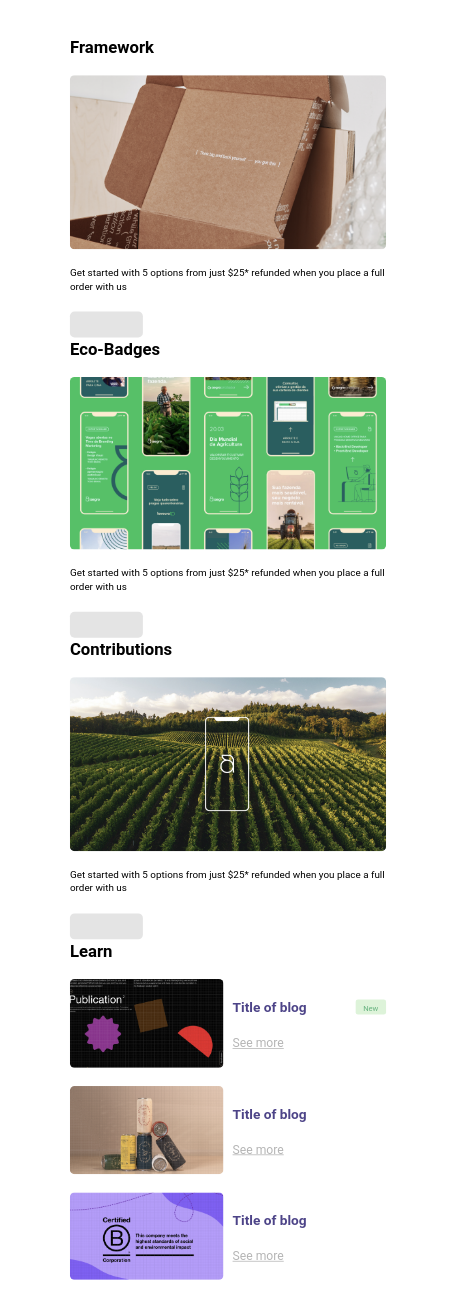
Repository: NguyenMinhKhanhB1909929/Practice_HTML-01
Page: index.html
The author's editor kept a copy of each file at every save. The page is drawn from the files as they stood at one save, then again after the next save.
The browser window is 600 px wide. The pictures show the whole page, at 76% of full size.
Some web libraries are served in a nearby version.

Above is the page before, as saved 2022-04-07 20:40:26.

### index.html
<!DOCTYPE html>
<html lang="en">
  <head>
    <meta charset="UTF-8" />
    <meta http-equiv="X-UA-Compatible" content="IE=edge" />
    <meta name="viewport" content="width=device-width, initial-scale=1.0" />
    <title>Practice 1</title>
    <link rel="stylesheet" href="./asset/style/style.css" />
    <link
      rel="stylesheet"
      href="https://cdnjs.cloudflare.com/ajax/libs/font-awesome/6.1.1/css/all.min.css"
    />
  </head>
  <body>
    <div class="main">
      <div class="header">
        <div class="header__about">
          <div class="header__about-text">
            <a href="" class="active">Online store</a>
          </div>
          <div class="header__about-text">
            <a href="">Quotes</a>
          </div>
          <div class="header__about-text">
            <img
              src="https://emojipedia-us.s3.dualstack.us-west-1.amazonaws.com/thumbs/120/google/313/waving-hand_1f44b.png"
              alt=""
              class="header__about-text__img"
            />
            <p class="m-0">
              <a href="">Contact us</a>
            </p>
          </div>
        </div>
        <div class="header__nation">
          <div class="header__nation-wrap">
            <div class="header__nation-flag">
              <img
                src="./asset/img/Australia.svg.webp"
                alt="abc"
                class="header__nation-flag-img"
              />
            </div>
            <div class="header__nation-name">
              <p class="m-0">Australia</p>
            </div>
            <div class="header__nation-icon">
              <i class="fa-solid fa-chevron-down"></i>
            </div>
          </div>
        </div>
      </div>
      <nav class="nav">
        <div class="nav__category">
          <div class="nav__logo">
            <a href="" class="nav__logo-link">inke.</a>
          </div>

          <div class="nav__category-opt">
            <p class="nav__category-opt-name">Shop</p>
            <div class="nav__category-opt-icon">
              <i class="fa-solid fa-chevron-down"></i>
            </div>
          </div>

          <div class="nav__category-opt">
            <p class="nav__category-opt-name">Resources</p>
            <div class="nav__category-opt-icon">
              <i class="fa-solid fa-chevron-down"></i>
            </div>
          </div>
          <div class="nav__category-opt active-btn">
            <p class="nav__category-opt-name">Sustainability</p>
            <div class="nav__category-opt-icon">
              <i class="fa-solid fa-chevron-down"></i>
            </div>
          </div>
        </div>
        <div class="nav__wrap">
          <div class="nav__icon-wrap">
            <div class="nav__icon">
              <img
                src="./asset/img/seven-pointed-star-vector-icon-seven-pointed-star-icon-vector-seven-pointed-star-icon-seven-pointed-star-vector-icon-96183751.jpg"
                alt=""
                class="nav__icon-img"
              />
            </div>
            <div class="nav__icon">
              <img
                src="./asset/img/heart-icon-free-vector.jpg"
                alt=""
                class="nav__icon-img"
              />
            </div>
            <div class="nav__icon active-icon">
              <img
                src="./asset/img/cart-icon-20.jpg"
                alt=""
                class="nav__icon-img"
              />
            </div>
          </div>
          <div class="nav__dash-wrap">
            <div class="nav__das-group">
              <p class="m-0 nav__das-text">Dashboard</p>
              <div class="nav__dash-icon">
                <i class="fa-solid fa-chevron-down"></i>
              </div>
            </div>
            <div class="nav__dash-user">
              <img
                src="./asset/img/images.png"
                alt=""
                class="nav__dash-user-img"
              />
            </div>
          </div>
        </div>
      </nav>
      <div class="container">
        <div class="row">
          <div class="col">
            <div class="container__heading">
              <p class="m-0 container__heading-name">Framework</p>
            </div>
            <div class="container__content">
              <img
                src="./asset/img/image 1.PNG"
                alt=""
                class="container__content-img"
              />
              <p class="container__content-desc">
                Get started with 5 options from just $25* refunded when you
                place a full order with us
              </p>
            </div>
            <button class="btn"></button>
          </div>
          <div class="col">
            <div class="container__heading">
              <p class="m-0 container__heading-name">Eco-Badges</p>
            </div>
            <div class="container__content">
              <img
                src="./asset/img/image2.PNG"
                alt=""
                class="container__content-img"
              />
              <p class="container__content-desc">
                Get started with 5 options from just $25* refunded when you
                place a full order with us
              </p>
            </div>
            <button class="btn"></button>
          </div>
          <div class="col">
            <div class="container__heading">
              <p class="m-0 container__heading-name">Contributions</p>
            </div>
            <div class="container__content">
              <img
                src="./asset/img/image3.PNG"
                alt=""
                class="container__content-img"
              />
              <p class="container__content-desc">
                Get started with 5 options from just $25* refunded when you
                place a full order with us
              </p>
            </div>
            <button class="btn"></button>
          </div>
          <div class="col">
            <div class="container__heading">
              <p class="m-0 container__heading-name">Learn</p>
            </div>
            <div class="container__content">
              <div class="container__content-group">
                <div class="container__content-group-img">
                  <img
                    src="./asset/img/image4.PNG"
                    alt=""
                    class="content-img"
                  />
                </div>
                <div class="container__content-group-title-more">
                  <div class="container__content-title-group">
                    <p class="container__content-title">Title of blog</p>
                    <a class="container__content-title-btn">New</a>
                  </div>
                  <a href="" class="container__content-more">See more</a>
                </div>
              </div>
              <div class="container__content-group">
                <div class="container__content-group-img">
                  <img
                    src="./asset/img/image6.PNG"
                    alt=""
                    class="content-img"
                  />
                </div>
                <div class="container__content-group-title-more">
                  <p class="container__content-title">Title of blog</p>
                  <a href="" class="container__content-more">See more</a>
                </div>
              </div>
              <div class="container__content-group">
                <div class="container__content-group-img">
                  <img
                    src="./asset/img/image7.PNG"
                    alt=""
                    class="content-img"
                  />
                </div>
                <div class="container__content-group-title-more">
                  <p class="container__content-title">Title of blog</p>
                  <a href="" class="container__content-more">See more</a>
                </div>
              </div>
            </div>
          </div>
        </div>
      </div>
    </div>
  </body>
</html>

### asset/style/style.css
* {
  box-sizing: border-box;
  margin: 0;
  font-family: "Roboto", sans-serif;
}
.m-0 {
  margin: 0;
}
.cur {
  cursor: pointer;
}
.main {
  width: 100%;
}
.header {
  padding: 0 30px;
  display: flex;
  font-size: 18px;
  justify-content: space-between;
  border-bottom: 1px solid #ccc;
}
.header__about {
  display: flex;
}
.header__about-text {
  padding: 24px 32px;
  display: flex;
  border-right: 1px solid #ccc;
}
.header__about-text:hover a {
  color: blue;
  cursor: pointer;
}
.header__about-text__img {
  width: 18px;
  height: 18px;
  display: flex;
  align-items: center;
  margin: 0 6px;
}
.header__nation {
  display: flex;
  align-items: center;
}
.header__nation-wrap {
  display: flex;
  cursor: pointer;
}
.header__nation-flag {
  display: flex;
  align-items: center;
}
.header__nation-flag-img {
  width: 40px;
}
.header__nation-name {
  padding: 24px 8px;
}
.header__nation-icon {
  display: flex;
  align-items: center;
  margin: 0 32px 0 4px;
  font-size: 13px;
}
.active {
  color: blue;
  border-bottom: 1px solid blue;
}
a {
  text-decoration: none;
  color: #000;
}

.nav {
  padding: 30px 62px;
  display: flex;
  font-size: 18px;
  justify-content: space-between;
  align-items: center;
  border-bottom: 1px solid #ccc;
}
.nav__category {
  display: flex;
  align-items: center;
}
.nav__logo {
  padding: 0 24px;
}
.nav__logo-link {
  font-size: 42px;
  font-weight: bold;
}
.nav__wrap {
  display: flex;
  align-items: center;
}
.nav__icon-wrap {
  display: flex;
  padding-right: 20px;
  position: relative;
  align-items: center;
  position: relative;
}

.nav__icon {
  width: 36px;
  height: 36px;
  border-radius: 100rem;
  border: 2px solid #ccc;
  display: flex;
  justify-content: center;
  align-items: center;
  margin-right: 8px;
  cursor: pointer;
}
.active-icon {
  border: 2px solid #552ef5;
  position: relative;
}
.active-icon::after {
  content: "";
  display: block;
  width: 10px;
  height: 10px;
  background-color: #552ef5;
  position: absolute;
  border-radius: 100rem;
  top: -3px;
  right: 1px;
}
.nav__icon-wrap::after {
  content: "";
  position: absolute;
  display: block;
  height: 34px;
  width: 1px;
  background-color: #ccc;
  right: 0;
  top: 50%;
  transform: translateY(-50%);
}
.nav__dash-wrap {
  display: flex;
  align-items: center;
}
.nav__das-text {
  margin-left: 28px;
}
.nav__dash-icon {
  font-size: 13px;
  margin: 0 12px;
}

.nav__category-opt {
  cursor: pointer;
  width: 140px;
  height: 40px;
  border-radius: 6px;
  border: none;
  background-color: #f0f0f0;
  margin-left: 12px;
  padding: 0 12px;
  display: flex;
  align-items: center;
  justify-content: space-between;
  font-size: 16px;
  font-weight: 500;
}
.nav__category-opt:hover {
  background-color: #eae5ff;
}
.nav__category-opt-icon {
  font-size: 13px;
  font-weight: bold;
}
.nav__dash-user {
  margin-left: 8px;
}
.nav__dash-user-img {
  width: 36px;
  border-radius: 100rem;
  height: 36px;
  object-fit: cover;
}
.nav__icon-img {
  width: 28px;
  height: 28px;
  border-radius: 100rem;
}
.active-btn {
  background-color: #eae5ff;
}
.container {
  margin: 0 80px;
  padding: 50px 0 0 0;
}
.row {
  display: flex;
}
.col {
  width: 25%;
  padding: 0 12px;
}
.container__heading {
}

.container__heading-name {
  font-size: 22px;
  font-weight: 600;
}
.container__content {
  margin-top: 24px;
}
.container__content-img {
  width: 100%;
  border-radius: 6px;
  margin-bottom: 18px;
  cursor: pointer;
}
.container__content-desc {
  font-size: 13px;
  line-height: 18px;
}
.btn {
  height: 34px;
  width: 96px;
  background-color: #e4e4e4;
  border: none;
  border-radius: 6px;
  margin-top: 24px;
  cursor: pointer;
}
.container__content-group {
  display: flex;
  margin-bottom: 20px;
}
.container__content-group-img {
  margin-right: 12px;
  width: 50%;
  cursor: pointer;
}
.content-img {
  width: 100%;
  border-radius: 6px;
}
.container__content-group-title-more {
  width: 50%;
  display: flex;
  flex-direction: column;
  justify-content: space-evenly;
}
.container__content-title-group {
  display: flex;
  width: 100%;
}
.container__content-title {
  font-size: 18px;
  font-weight: 600;
  color: #4d4488;
  width: 80%;
}
.container__content-title-btn {
  font-size: 10px;
  background-color: #ddf3d9;
  width: 20%;
  height: 20px;
  border-radius: 3px;
  text-align: center;
  line-height: 24px;
  color: #66b27e;
}
.container__content-more {
  font-size: 16px;
  color: #b5b5b5;
  text-decoration: underline;
  max-width: 392px;
}
.nav__das-group {
  display: flex;
  align-items: center;
  cursor: pointer;
}

/* ---------------------Responsive------------------- */
/* PC */
@media screen and (min-width: 64em) {
}
/* Tablet */
@media screen and (min-width: 46.25em) and (max-width: 63.9375em) {
  /* Header */
  .header {
    padding: 0 0;
  }
  .header__nation-name {
    display: none;
  }
  .header__nation-icon {
    margin-left: 12px;
    margin-right: 24px;
  }
  .header__nation-flag-img {
    width: 48px;
  }
  /* Nav */
  .nav {
    padding-left: 0;
    padding-right: 0;
  }
  .nav__das-group {
    display: none;
  }
  .nav__category-opt {
    width: auto;
    height: 46px;
  }
  .nav__category-opt-name {
    margin-right: 8px;
  }
  .nav__dash-user {
    margin-left: 12px;
    margin-right: 20px;
  }
  .nav__icon-wrap {
    padding-right: 12px;
  }
  .nav__logo {
    padding-right: 12px;
  }
  /* Container */
  .container {
    margin: 0 10px;
  }
  .row {
    flex-wrap: wrap;
  }
  .col {
    width: 50%;
    margin-bottom: 32px;
    padding: 0 24px;
  }
  .btn {
    height: 46px;
    width: 120px;
    margin-top: 16px;
  }
  .container__content-desc {
    font-size: 16px;
    line-height: 24px;
  }
  .container__heading-name {
    font-size: 28px;
  }
}

/* Mobile */
@media screen and (max-width: 46.1875em) {
  /* Header */
  .header {
    display: none;
  }
  /* Nav */
  .nav {
    display: none;
  }
  /* Container */
  .row {
    flex-direction: column;
  }
  .col {
    width: 100%;
  }
}

After the next save:
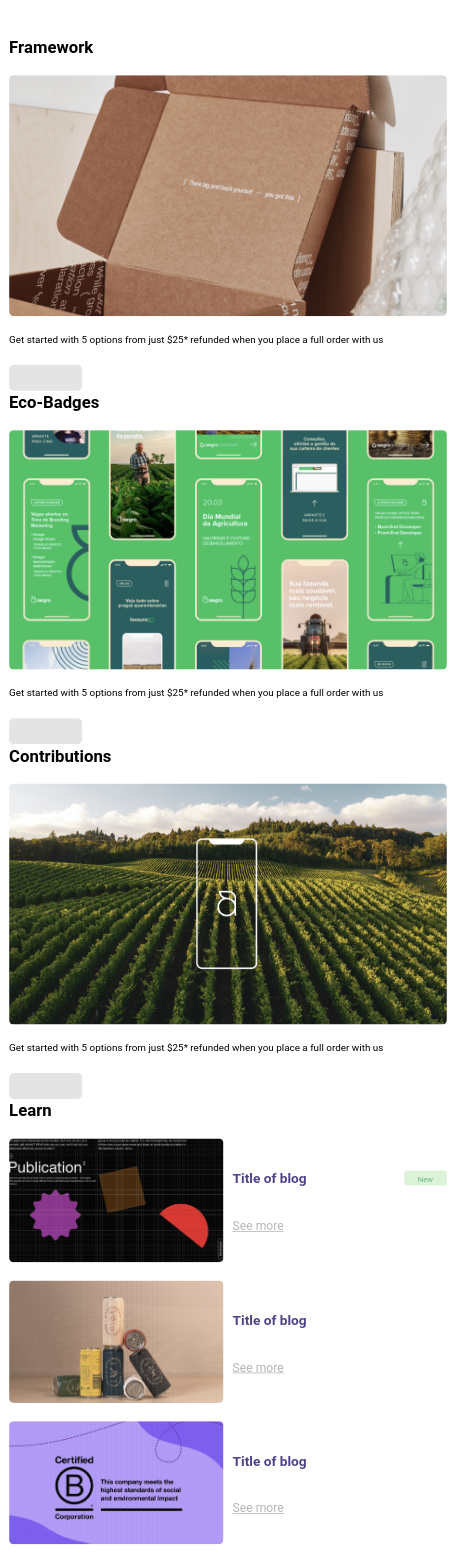
Saved 72 s later.
--- a/asset/style/style.css
+++ b/asset/style/style.css
@@ -363,6 +363,9 @@ a {
     display: none;
   }
   /* Container */
+  .container {
+    margin: 0;
+  }
   .row {
     flex-direction: column;
   }
